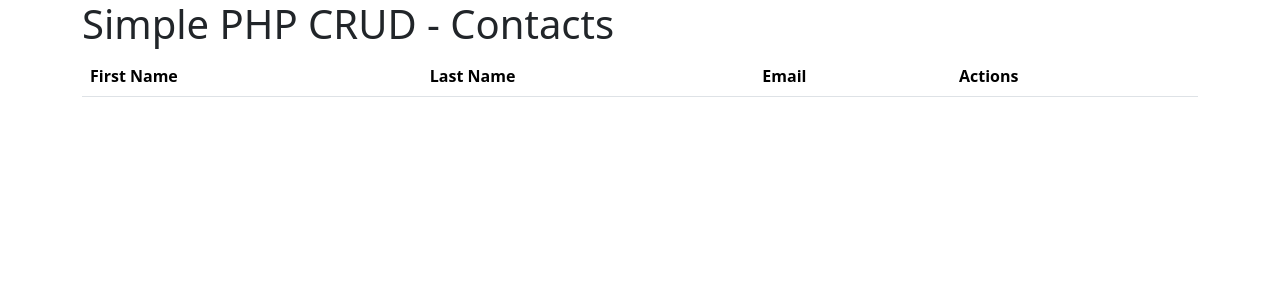
Repository: mennaabdelelhady/PHP-CRUD
Page: http://localhost/
The author's editor kept a copy of each file at every save. The page is drawn from the files as they stood at one save, then again after the next save.
The browser window is 1280 px wide. The pictures show the whole page.
The page is run by PHP 8.4 with error messages shown; the project is at /var/www/html/.

Above is the page before, as saved 2024-12-30 01:43:30.

After the next save:
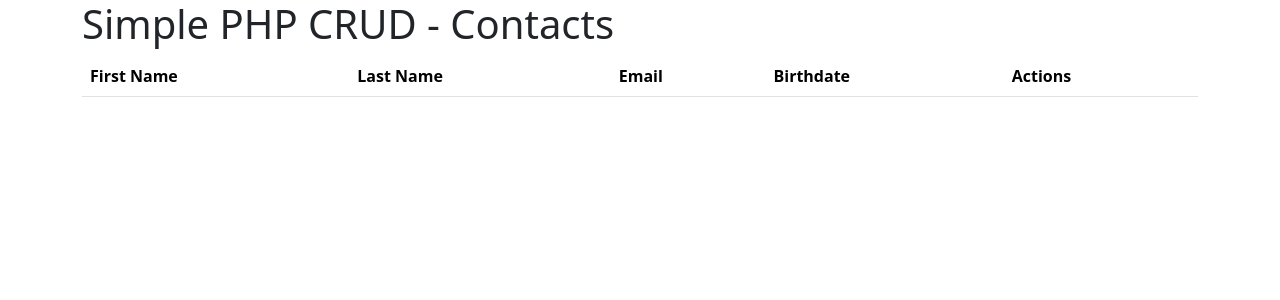
Saved 29 s later.
--- a/public/index.php
+++ b/public/index.php
@@ -20,6 +20,7 @@ $title ="Simple PHP CRUD - Contacts";
                 <th>First Name</th>
                 <th>Last Name</th>
                 <th>Email</th>
+                <th>Birthdate</th>
                 <th>Actions</th>
             </tr>
         </head>
